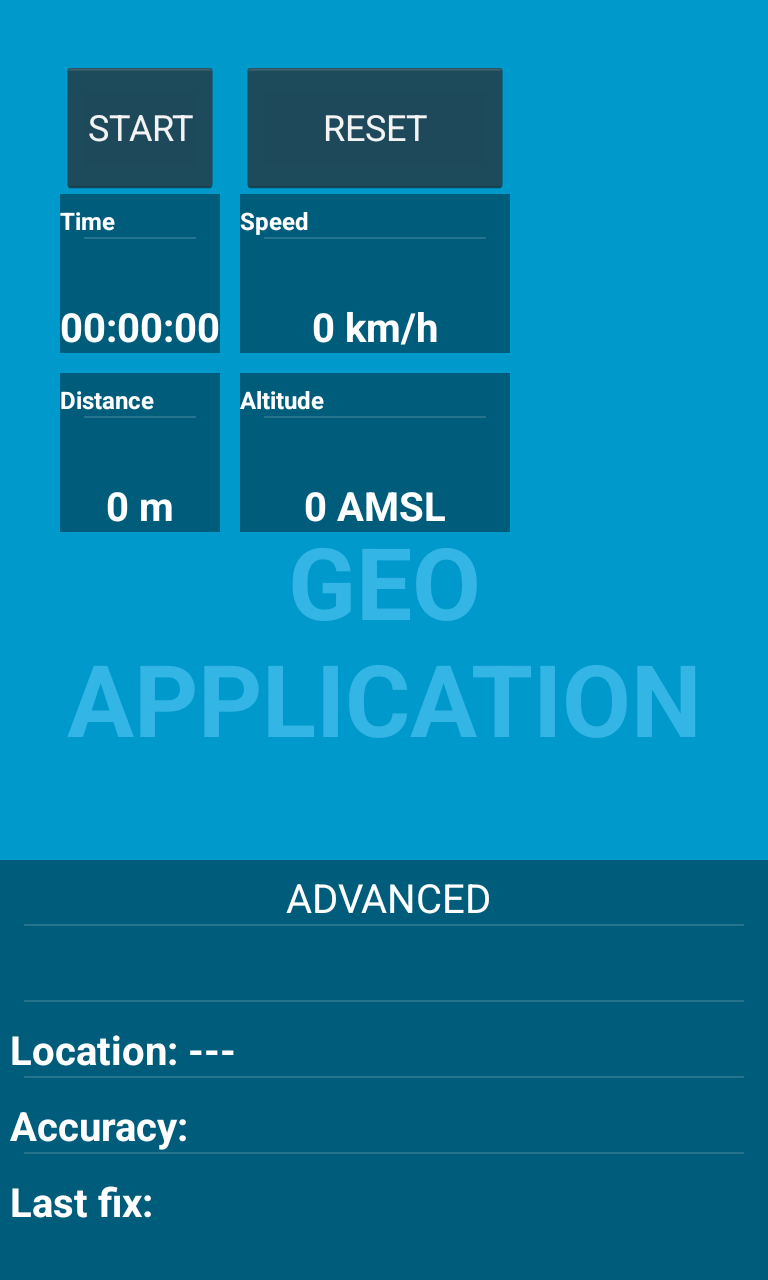
Repository: sebastianR1001/GeoApplication
Layout: GeoApplication/res/layout/activity_fullscreen.xml
The author's editor kept a copy of each file at every save. The layout is drawn from the files as they stood at one save, then again after the next save.
It is drawn on a 768 x 1280 px phone screen (xhdpi) without system bars, with theme FullscreenTheme; the app's code is not run.

Above is the layout before, as saved 2014-10-24 18:23:11.

### GeoApplication/res/layout/activity_fullscreen.xml
<FrameLayout xmlns:android="http://schemas.android.com/apk/res/android"
    xmlns:tools="http://schemas.android.com/tools"
    android:layout_width="match_parent"
    android:layout_height="match_parent"
    android:background="#0099cc"
    tools:context="geo.geoapplication.FullscreenActivity" >

    <!--
         The primary full-screen view. This can be replaced with whatever view
         is needed to present your content, e.g. VideoView, SurfaceView,
         TextureView, etc.
    -->

    <TextView
        android:id="@+id/fullscreen_content"
        android:layout_width="match_parent"
        android:layout_height="match_parent"
        android:gravity="center"
        android:keepScreenOn="true"
        android:text="@string/geo_application"
        android:textColor="#33b5e5"
        android:textSize="50sp"
        android:textStyle="bold" />

     <TableLayout
        android:layout_width="wrap_content"
        android:layout_height="wrap_content"
        android:layout_margin = "30dp">

         <TableRow
            android:id="@+id/tableRow0"
            android:layout_width="wrap_content"
            android:layout_height="wrap_content"
            >

            <Button
		        android:id="@+id/startButton"
		        android:layout_width="wrap_content"
		        android:layout_height="67dp"
		        android:text="@string/startButton" />

		     <Button
		        android:id="@+id/resetButton"
		        android:layout_width="135dp"
		        android:layout_height="67dp"
		        android:layout_marginLeft="10dp"
		        android:text="@string/resetButton" />

        </TableRow>

        <TableRow
            android:id="@+id/tableRow1"
            android:layout_width="wrap_content"
            android:layout_height="wrap_content"
            >

            <LinearLayout
		        android:id="@+id/timeLayout"
		        style="?metaButtonBarStyle"
		        android:layout_width="wrap_content"
		        android:layout_height="wrap_content"
		        android:layout_weight="7"
		        android:background="@color/black_overlay"
		        android:orientation="vertical"
		        tools:ignore="UselessParent" >

			    <TextView
			        android:layout_width="match_parent"
			        android:layout_height="match_parent"
			        android:layout_marginTop="5dp"
			        android:text="@string/timeText"
			        android:id="@+id/timeText"
			        android:textColor="#ffffff"
			        android:textSize="12sp"
			        android:textStyle="bold" />

			    <TextView
			        android:layout_width="match_parent"
			        android:layout_height="match_parent"
			        android:text="@string/time"
			        android:id="@+id/time"
			        android:layout_marginTop="30dp"
			        android:gravity="center"
			        android:textColor="#ffffff"
			        android:textSize="20sp"
			        android:textStyle="bold" />

	        </LinearLayout>

			<LinearLayout
		        android:id="@+id/speedLayout"
		        style="?metaButtonBarStyle"
		        android:layout_width="wrap_content"
		        android:layout_height="wrap_content"
		        android:layout_weight="7"
		        android:layout_marginLeft="10dp"
		        android:background="@color/black_overlay"
		        android:orientation="vertical"
		        tools:ignore="UselessParent" >

			    <TextView
			        android:layout_width="match_parent"
			        android:layout_height="match_parent"
			        android:layout_marginTop="5dp"
			        android:text="@string/speedText"
			        android:id="@+id/speedText"
			        android:textColor="#ffffff"
			        android:textSize="12sp"
			        android:textStyle="bold" />

			    <TextView
			        android:layout_width="match_parent"
			        android:layout_height="match_parent"
			        android:text="@string/speed"
			        android:id="@+id/speed"
			        android:layout_marginTop="30dp"
			        android:gravity="center"
			        android:textColor="#ffffff"
			        android:textSize="20sp"
			        android:textStyle="bold" />

	        </LinearLayout>

        </TableRow>

        <TableRow
            android:id="@+id/tableRow4"
            android:layout_width="wrap_content"
            android:layout_height="wrap_content"
            android:layout_marginTop="10dp"
            >

            <LinearLayout
		        android:id="@+id/distanceLayout"
		        style="?metaButtonBarStyle"
		        android:layout_width="wrap_content"
		        android:layout_height="wrap_content"
		        android:layout_weight="7"
		        android:background="@color/black_overlay"
		        android:orientation="vertical"
		        tools:ignore="UselessParent" >

			    <TextView
			        android:layout_width="match_parent"
			        android:layout_height="match_parent"
			        android:layout_marginTop="5dp"
			        android:text="@string/distanceText"
			        android:id="@+id/distanceText"
			        android:textColor="#ffffff"
			        android:textSize="12sp"
			        android:textStyle="bold" />

			    <TextView
			        android:layout_width="match_parent"
			        android:layout_height="match_parent"
			        android:text="@string/distance"
			        android:id="@+id/distance"
			        android:layout_marginTop="30dp"
			        android:gravity="center"
			        android:textColor="#ffffff"
			        android:textSize="20sp"
			        android:textStyle="bold" />

	        </LinearLayout>

			<LinearLayout
		        android:id="@+id/elevationLayout"
		        style="?metaButtonBarStyle"
		        android:layout_width="wrap_content"
		        android:layout_height="wrap_content"
		        android:layout_weight="7"
		        android:layout_marginLeft="10dp"
		        android:background="@color/black_overlay"
		        android:orientation="vertical"
		        tools:ignore="UselessParent" >

			    <TextView
			        android:layout_width="match_parent"
			        android:layout_height="match_parent"
			        android:layout_marginTop="5dp"
			        android:text="@string/altitudeText"
			        android:id="@+id/altitudeText"
			        android:textColor="#ffffff"
			        android:textSize="12sp"
			        android:textStyle="bold" />

			    <TextView
			        android:layout_width="match_parent"
			        android:layout_height="match_parent"
			        android:text="@string/altitude"
			        android:id="@+id/altitude"
			        android:layout_marginTop="30dp"
			        android:gravity="center"
			        android:textColor="#ffffff"
			        android:textSize="20sp"
			        android:textStyle="bold" />

	        </LinearLayout>

        </TableRow>

    </TableLayout>

	   <LinearLayout
	        android:id="@+id/advanced"
	        style="?metaButtonBarStyle"
	        android:layout_width="match_parent"
	        android:layout_height="210dp"
	        android:layout_gravity="bottom|center_horizontal"
	        android:background="@color/black_overlay"
	        android:orientation="vertical"
	        tools:ignore="UselessParent" >

	       <TextView
		        android:id="@+id/advancedInformation"
		        android:layout_width="wrap_content"
                android:layout_height="wrap_content"
                android:text="@string/advancedText"
		        android:paddingTop="5dp"
		        android:paddingLeft="5dp"
		        android:layout_gravity="top|center_horizontal"
		        android:textColor="#ffffff"
		        android:textSize="20sp" />

	       <TextView
		        android:id="@+id/gpsInformation"
		        android:layout_width="wrap_content"
                android:layout_height="wrap_content"
		        android:paddingTop="10dp"
		        android:paddingLeft="5dp"
		        android:textColor="#ffffff"
		        android:textSize="20sp" />

		    <TextView
		        android:id="@+id/viewLocation"
		        android:layout_width="wrap_content"
		        android:layout_height="wrap_content"
		        android:paddingTop="10dp"
		        android:paddingLeft="5dp"
		        android:keepScreenOn="true"
		        android:text="@string/location"
		        android:textColor="#ffffff"
		        android:textSize="20sp"
		        android:textStyle="bold" />

	        <TextView
		        android:layout_width="wrap_content"
                android:layout_height="wrap_content"
		        android:paddingTop="10dp"
		        android:paddingLeft="5dp"
		        android:text="@string/accuracy"
		        android:id="@+id/accuracy"
		        android:textColor="#ffffff"
		        android:textSize="20sp"
		        android:textStyle="bold" />

	        <TextView
		        android:layout_width="wrap_content"
                android:layout_height="wrap_content"
		        android:paddingTop="10dp"
		        android:paddingLeft="5dp"
		        android:text="@string/last_fix"
		        android:id="@+id/lastFix"
		        android:textColor="#ffffff"
		        android:textSize="20sp"
		        android:textStyle="bold" />

        </LinearLayout>


    <FrameLayout
        android:layout_width="match_parent"
        android:layout_height="match_parent"
        android:fitsSystemWindows="true" >

        <LinearLayout
            android:id="@+id/fullscreen_content_controls"
            style="?metaButtonBarStyle"
            android:layout_width="match_parent"
            android:layout_height="wrap_content"
            android:layout_gravity="bottom|center_horizontal"
            android:background="@color/black_overlay"
            android:orientation="horizontal"
            tools:ignore="UselessParent" >
        </LinearLayout>

        <requestFocus />


    </FrameLayout>
    <!--
         This FrameLayout insets its children based on system windows using
         android:fitsSystemWindows.
    -->

</FrameLayout>

### GeoApplication/res/values/strings.xml
<?xml version="1.0" encoding="utf-8"?>
<resources>

    <string name="app_name">GeoApplication</string>
    <string name="dummy_button">Dummy Button</string>
    <string name="dummy_content">DUMMY\nCONTENT</string>
    <string name="geo_application">GEO\nAPPLICATION</string>
    <string name="location">Location: ---</string>
    <string name="speedText">Speed</string>
    <string name="speed">0 km/h</string>
    <string name="time">00:00:00</string>
    <string name="timeText">Time</string>
    <string name="accuracy">Accuracy:</string>
    <string name="distance">0 m</string>
    <string name="distanceText">Distance</string>
    <string name="altitude">0 AMSL</string>
    <string name="altitudeText">Altitude</string>
    <string name="last_fix">Last fix:</string>

    <string name="startButton">START</string>
    <string name="stopButton">STOP</string>
    <string name="resetButton">RESET</string>
    <string name="advancedText">ADVANCED</string>

</resources>

Loaded but not shown: GeoApplication/res/values-v11/styles.xml (common file); GeoApplication/res/values/styles.xml (common file); GeoApplication/res/values/colors.xml (common file)

After the next save:
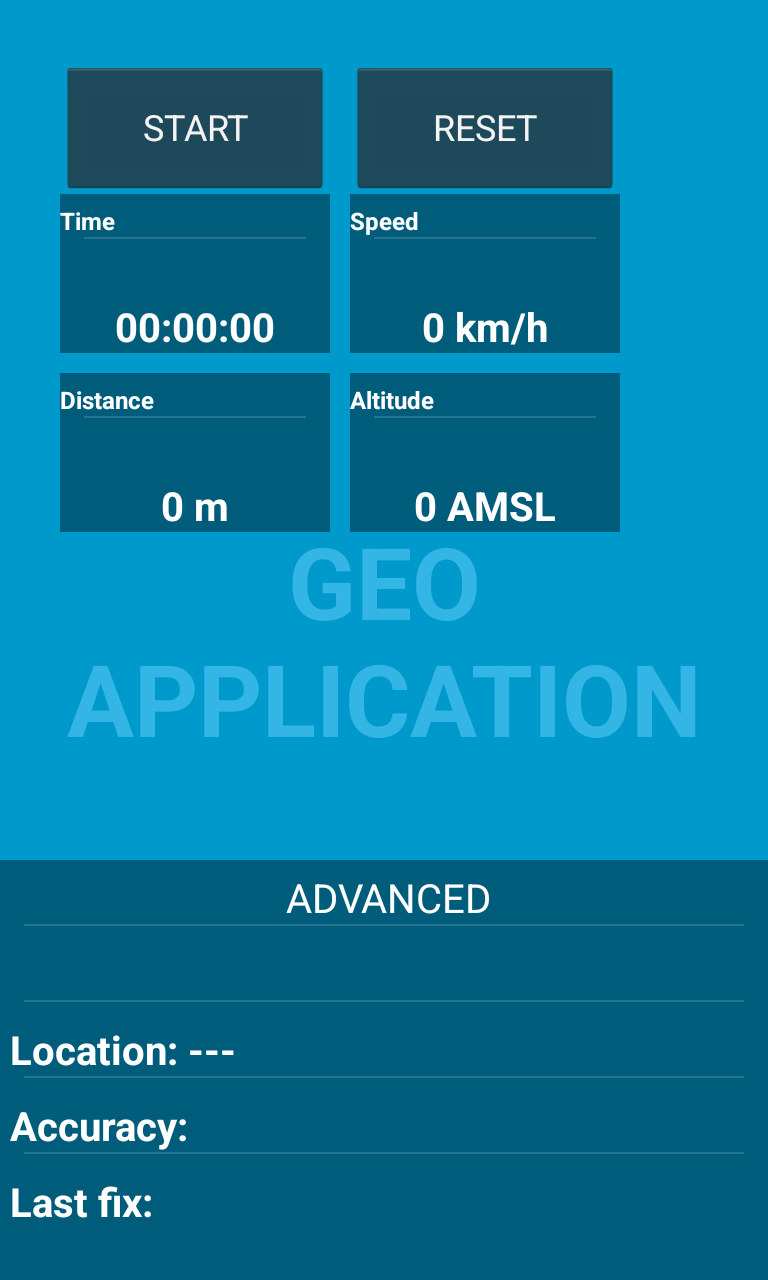
Saved 11 s later.
--- a/GeoApplication/res/layout/activity_fullscreen.xml
+++ b/GeoApplication/res/layout/activity_fullscreen.xml
@@ -35,7 +35,7 @@
 
             <Button
 		        android:id="@+id/startButton"
-		        android:layout_width="wrap_content"
+		        android:layout_width="135"
 		        android:layout_height="67dp"
 		        android:text="@string/startButton" />
 
